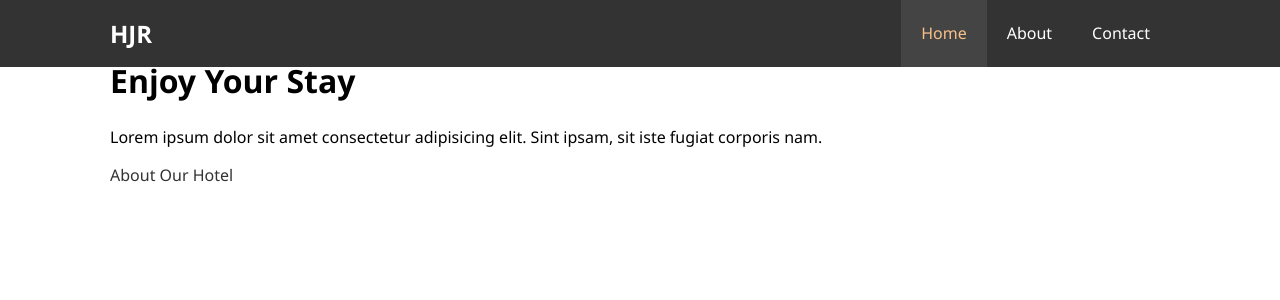
Repository: dimlutine/Hotel-Project
Page: index.html
These files come from the project's save history. The page is drawn as it stood at one moment and after the next save; the edit follows.
The browser window is 1280 px wide. The pictures show the whole page.

Above is the page before, as saved 2019-07-05 21:48:50.

After the next save:
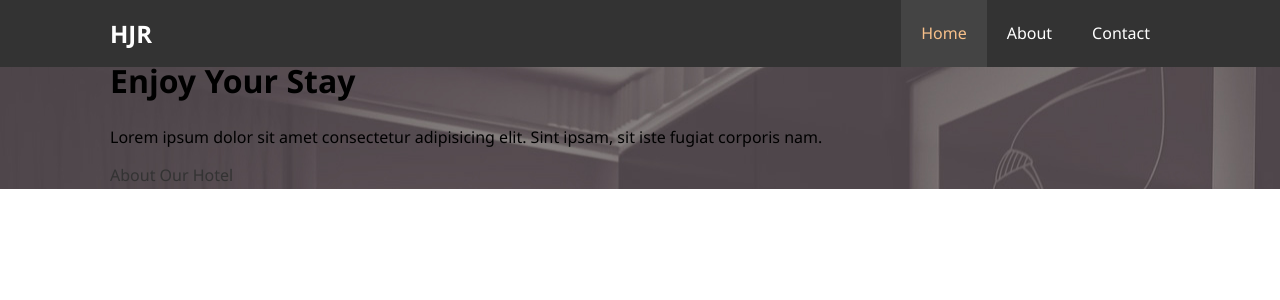
Saved 56 s later.
--- a/css/style.css
+++ b/css/style.css
@@ -67,3 +67,10 @@ p {
     background: #444;
     color: #f7c08a;
 }
+
+
+/* Showcase */
+
+#showcase {
+    background: url('../img/showcase.jpg');
+}
